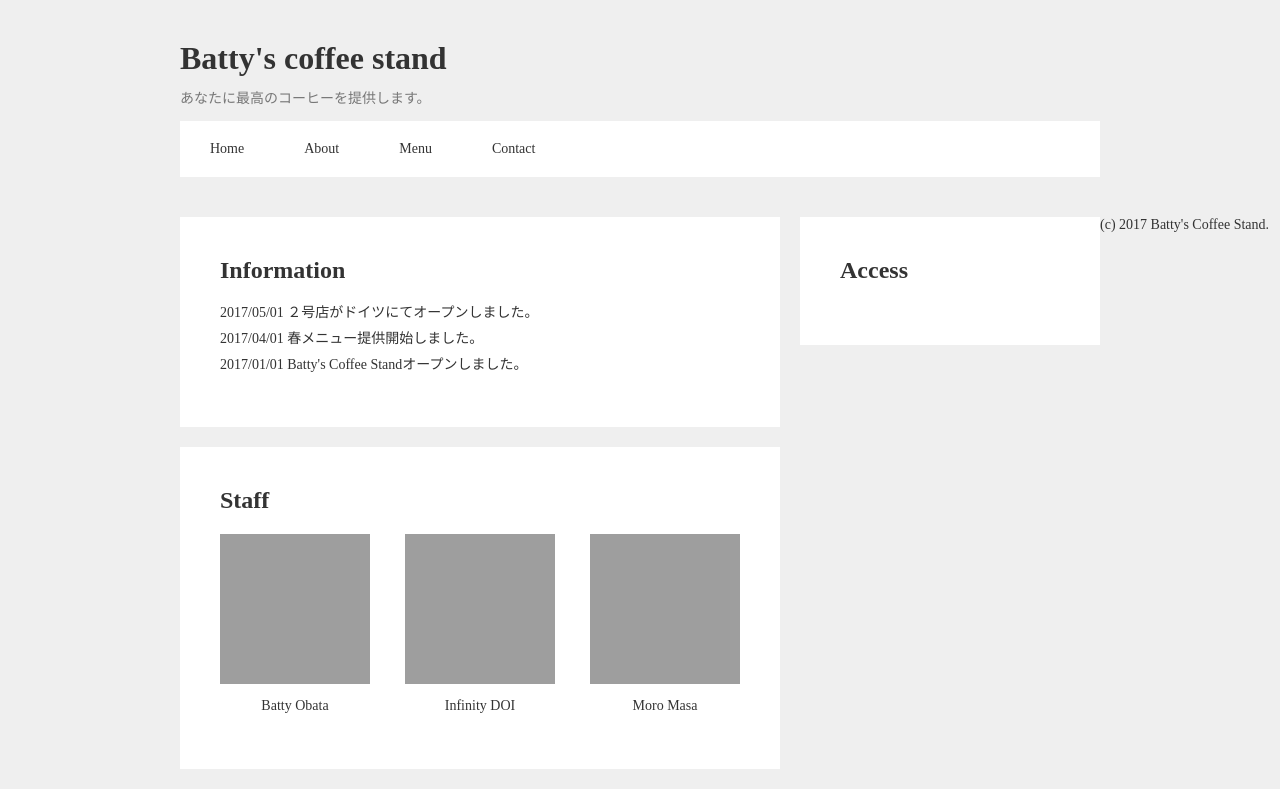
Repository: Black-Holy/rails-06
Page: html/batty_coffee_stand/index.html
The author's editor kept a record of every edit. The page is drawn from the files as they stood at one moment, then again after the next edit.
The browser window is 1280 px wide. The pictures show the whole page.
Pictures or frames that could not be fetched are drawn as grey boxes.

Above is the page before.

After the next edit:
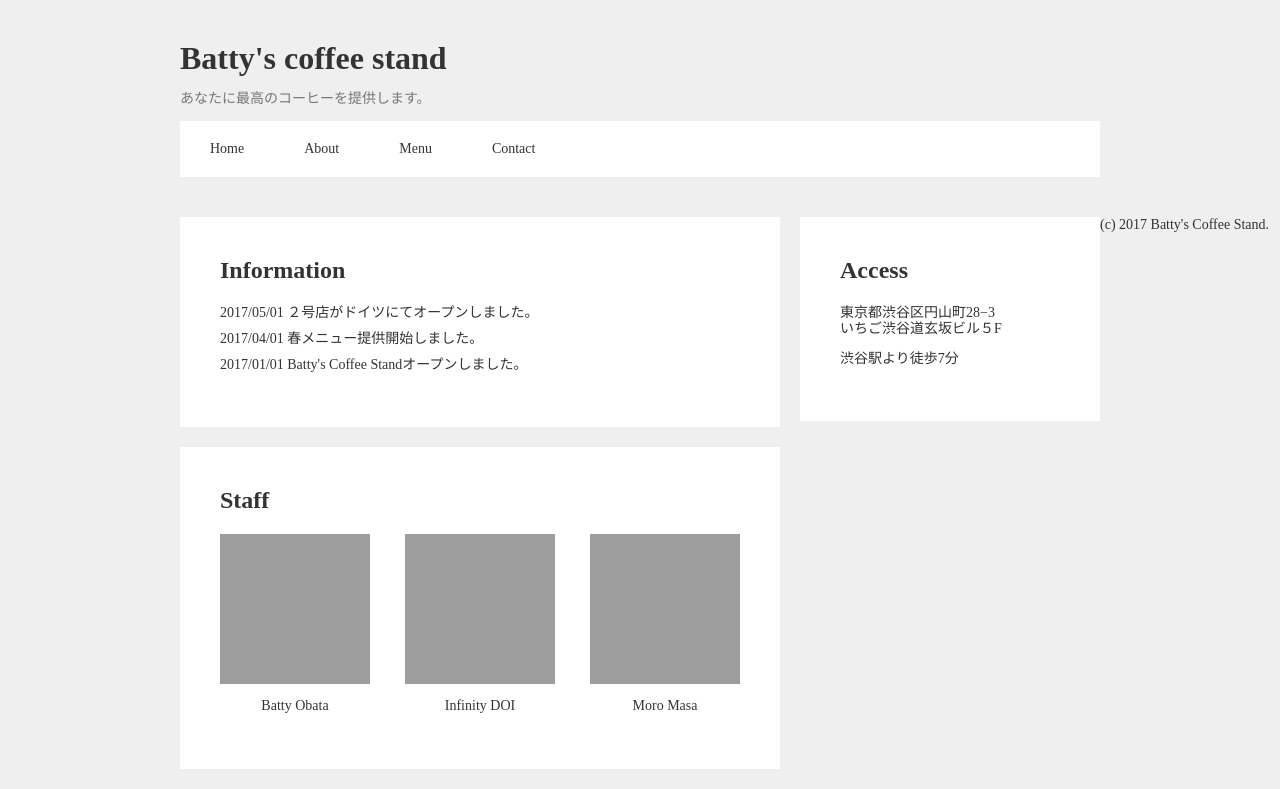
The edit:
--- a/html/batty_coffee_stand/index.html
+++ b/html/batty_coffee_stand/index.html
@@ -52,6 +52,8 @@
       <div class="right-contents">
         <div class="card-contents">
           <h2 class="text-title">Access</h2>
+          <P>東京都渋谷区円山町28−3<br>いちご渋谷道玄坂ビル５F</P>
+          <p>渋谷駅より徒歩7分</p>
         </div>
       </div>
     </div>
